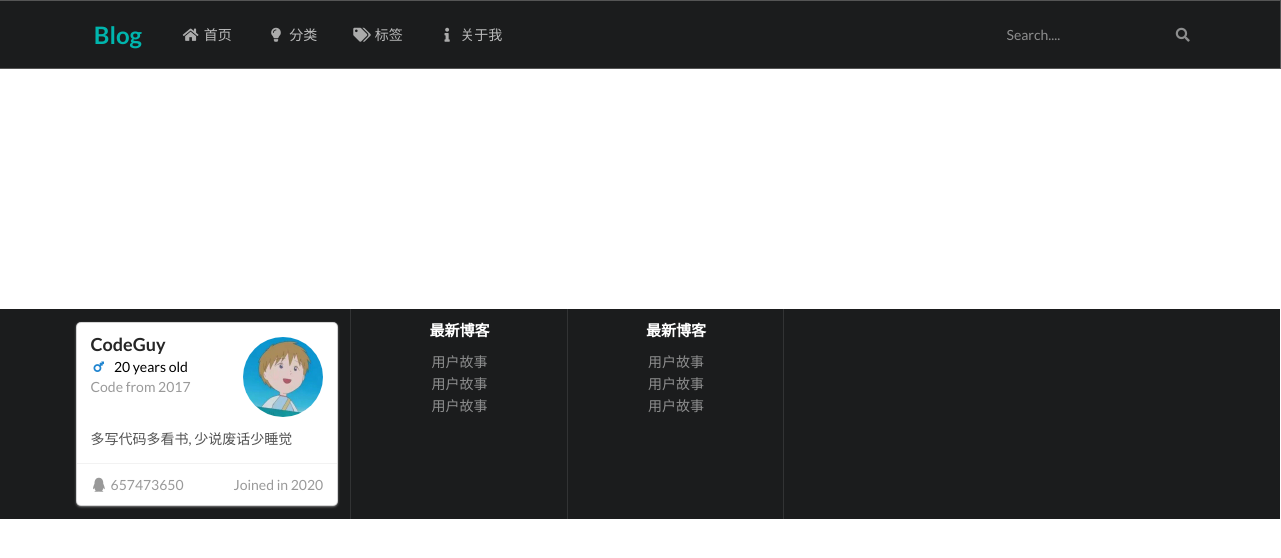
Repository: GOGOHQ/myblog
Page: index.html
These files come from the project's save history. The page is drawn as it stood at one moment and after the next save; the edit follows.
The browser window is 1280 px wide. The page is 1281 px wide, so the pictures cover 1281 px, including what lies to the right of the window. The pictures show the whole page.
Some web libraries are served in a nearby version.

Above is the page before, as saved 2020-01-16 15:53:25.

### index.html
<!DOCTYPE html>
<html lang="en">

<head>
    <meta charset="UTF-8">
    <meta name="viewport" content="width=device-width, inital-scale=1.0">
    <title>首页</title>
    <link rel="stylesheet" href="static/css/me.css">
    <link rel="stylesheet" href="https://cdn.jsdelivr.net/semantic-ui/2.2.4/semantic.min.css">
    <script src="https://cdn.jsdelivr.net/npm/jquery@3.2/dist/jqurey.min.js"></script>
    <script src="https://cdn.jsdelivr.net/semantic-ui/2.2.4/semantic.min.js"></script>
</head>

<body>
<!-- 导航 -->
<nav class="ui inverted  attached  segment m-padded-tb-mini">
    <div class="ui container">
        <div class="ui secondary inverted menu">
            <h2 class="ui teal header item">Blog</h2>
            <a href="#" class="item"><i class="home icon"></i>首页</a>
            <a href="#" class="item"><i class="idea icon"></i>分类</a>
            <a href="#" class="item"><i class="tags icon"></i>标签</a>
            <a href="#" class="item"><i class="info icon"></i>关于我</a>
            <div class="right item">
                <div class="ui icon  inverted transparent input">
                    <input type="text" placeholder="Search....">
                    <i class="search link icon"></i>
                </div>
            </div>
        </div>
    </div>
</nav>
<!-- 内容 -->
<div>
    <br> <br> <br> <br> <br> <br> <br> <br> <br> <br> <br> <br>
</div>
<!-- 底部 -->
<footer class="ui inverted vertical segment ">
    <div class="ui container">
        <div class="ui inverted divided grid">
            <div class="four wide column">

                <div class="ui card">
                    <div class="content">
                        <img class="right circular floated tiny ui image" src="static/images/avatar.jpg">
                        <div class="header">
                            CodeGuy
                        </div>
                        <div class="meta">
                            <i class="icon blue mars stroke"></i>
                            <text style="color:black;">20 years old</text>
                        </div>
                        <div class="meta">
                            Code from 2017
                        </div>
                        <div class="description">
                            多写代码多看书, 少说废话少睡觉
                        </div>
                    </div>
                    <div class="extra content">
                        <a>
                            <i class="qq icon"></i>657473650
                        </a>
                        <span class="right floated">
                                    Joined in 2020
                                  </span>
                    </div>
                </div>

            </div>
            <div class="center aligned three wide column m-padded-t-middle">
                <h4 class="ui inverted header">最新博客</h4>
                <div class="ui inverted link list">
                    <a href="#" class="item">用户故事</a>
                    <a href="#" class="item">用户故事</a>
                    <a href="#" class="item">用户故事</a>
                </div>
            </div>
            <div class="center aligned three wide column">
                <h4 class="ui inverted header">最新博客</h4>
                <div class="ui inverted link list">
                    <a href="#" class="item">用户故事</a>
                    <a href="#" class="item">用户故事</a>
                    <a href="#" class="item">用户故事</a>
                </div>
            </div>
            <div class="six wide column"></div>
        </div>
    </div>
</footer>
</body>


</html>

### static/css/me.css
.m-padded-tb-mini {
    padding-top: 0.2em !important;
    padding-bottom: 0.2em !important;
}

.m-padded-t-middle {
    padding-top: 40px;
}

After the next save:
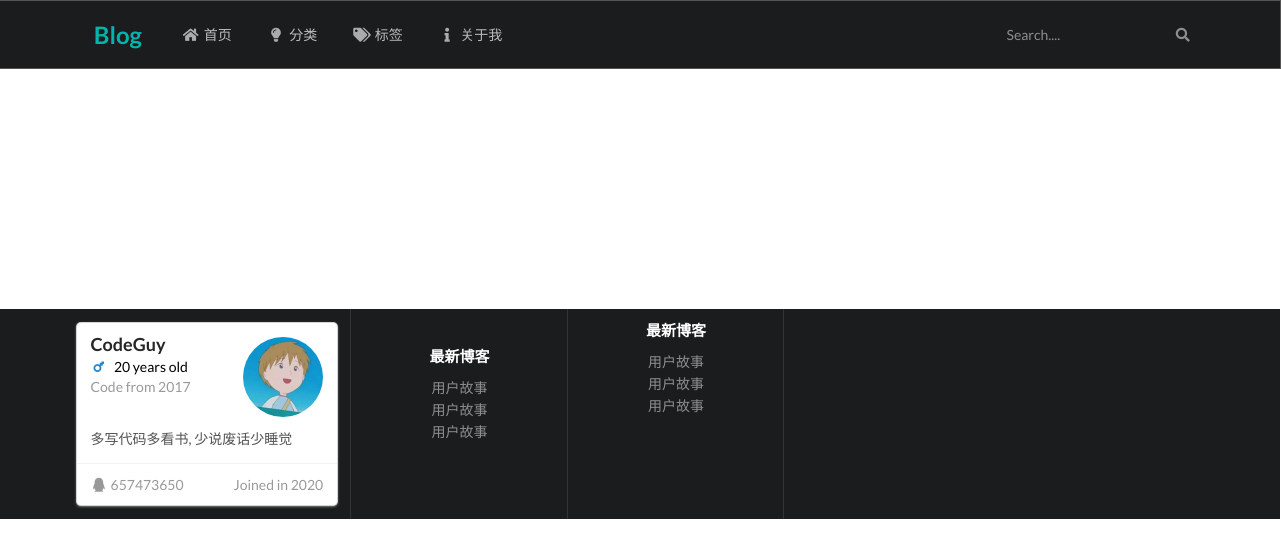
Saved 19 s later.
--- a/static/css/me.css
+++ b/static/css/me.css
@@ -4,5 +4,5 @@
 }
 
 .m-padded-t-middle {
-    padding-top: 40px;
+    padding-top: 40px !important
 }
